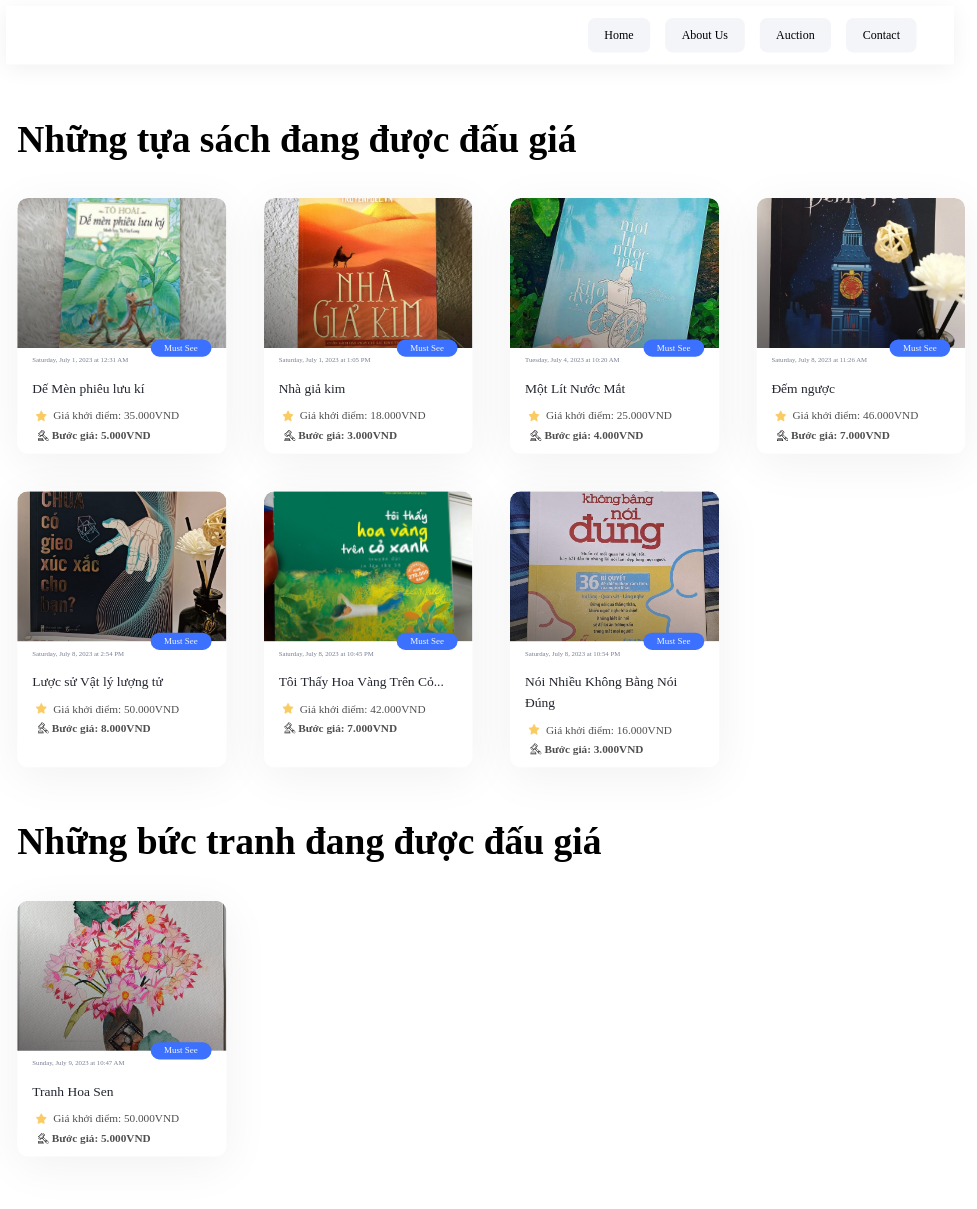
Repository: anatole24/Youth-Smile
Page: auction.html
These files come from the project's save history. The page is drawn as it stood at one moment and after the next save; the edit follows.
The browser window is 1280 px wide. The page is 1302 px wide, so the pictures cover 1302 px, including what lies to the right of the window. The pictures show the whole page, at 75% of full size.
Some web fonts or font styles are not loaded; a fallback is used.

Above is the page before, as saved 2023-07-09 11:33:15.

### auction.html
<!DOCTYPE html>
<head>
  <meta charset="UTF-8">
  <meta http-equiv="X-UA-Compatible" content="IE=edge">
  <meta name="viewport" content="width=device-width, initial-scale=1.0">
  <link rel="stylesheet" href="https://cdnjs.cloudflare.com/ajax/libs/font-awesome/6.4.0/css/all.min.css" integrity="sha512-iecdLmaskl7CVkqkXNQ/ZH/XLlvWZOJyj7Yy7tcenmpD1ypASozpmT/E0iPtmFIB46ZmdtAc9eNBvH0H/ZpiBw==" crossorigin="anonymous" referrerpolicy="no-referrer">
  <link rel="preconnect" href="https://fonts.googleapis.com">
  <link rel="preconnect" href="https://fonts.gstatic.com" crossorigin="">
  <link href="https://fonts.googleapis.com/css2?family=Dancing+Script&amp;family=Geologica&amp;family=Kaushan+Script&amp;family=Lobster&amp;family=Marck+Script&amp;family=Merienda&amp;family=Patrick+Hand&amp;family=Patrick+Hand+SC&amp;family=Playball&amp;family=Roboto&amp;family=Roboto+Condensed&amp;display=swap" rel="stylesheet">
  <link rel="stylesheet" href="header.css">
  <link rel="stylesheet" href="auction.css">
  <title>Auction</title>
  <body>
    <div class="header">
      <div class="header_container">
        <div class="header_list"><a class="header_item" href="./index.html">Home</a><a class="header_item" href="./about.html">About Us</a><a class="header_item" href="./auction.html">Auction</a><a class="header_item" href="./contact.html">Contact</a></div>
      </div>
    </div>
    <section class="auction">
      <div class="container">
        <h2 class="heading">Những tựa sách đang được đấu giá
          <div class="auction-list">
            <div class="auction-item">
              <div class="auction-image">
                <div class="auction-overlay"></div><img class="auction-img" src="./images/b-demen.jpg" alt="book"/><a class="auction-label" href="./must/see.html">Must See</a>
              </div>
              <div class="auction-content"><span class="auction-time">Saturday, July 1, 2023 at 12:31 AM</span>
                <h3 class="auction-title">Dế Mèn phiêu lưu kí</h3>
                <div class="auction-price"><img src="/images/star.png" alt="star"/><span>Giá khởi điểm: 35.000VND</span></div>
                <div class="auction-step"><img class="step-img" src="/images/bua1.svg" alt="star"/><span>Bước giá: 5.000VND</span></div>
              </div>
            </div>
            <div class="auction-item">
              <div class="auction-image">
                <div class="auction-overlay"></div><img class="auction-img" src="./images/b-ngk.jpg" alt="book"/><a class="auction-label" href="./must/ngk.html">Must See</a>
              </div>
              <div class="auction-content"><span class="auction-time">Saturday, July 1, 2023 at 1:05 PM</span>
                <h3 class="auction-title">Nhà giả kim</h3>
                <div class="auction-price"><img src="/images/star.png" alt="star"/><span>Giá khởi điểm: 18.000VND</span></div>
                <div class="auction-step"><img class="step-img" src="/images/bua1.svg" alt="star"/><span>Bước giá: 3.000VND</span></div>
              </div>
            </div>
            <div class="auction-item">
              <div class="auction-image">
                <div class="auction-overlay"></div><img class="auction-img" src="./images/b-mlnm.jpg" alt="book"/><a class="auction-label" href="./must/mlnm.html">Must See</a>
              </div>
              <div class="auction-content"><span class="auction-time">Tuesday, July 4, 2023 at 10:20 AM</span>
                <h3 class="auction-title">Một Lít Nước Mắt</h3>
                <div class="auction-price"><img src="/images/star.png" alt="star"/><span>Giá khởi điểm: 25.000VND</span></div>
                <div class="auction-step"><img class="step-img" src="/images/bua1.svg" alt="star"/><span>Bước giá: 4.000VND</span></div>
              </div>
            </div>
            <div class="auction-item">
              <div class="auction-image">
                <div class="auction-overlay"></div><img class="auction-img" src="./images/b-demnguoc.jpg" alt="book"/><a class="auction-label" href="./must/dn.html">Must See</a>
              </div>
              <div class="auction-content"><span class="auction-time">Saturday, July 8, 2023 at 11:26 AM</span>
                <h3 class="auction-title">Đếm ngược</h3>
                <div class="auction-price"><img src="/images/star.png" alt="star"/><span>Giá khởi điểm: 46.000VND</span></div>
                <div class="auction-step"><img class="step-img" src="/images/bua1.svg" alt="star"/><span>Bước giá: 7.000VND</span></div>
              </div>
            </div>
            <div class="auction-item">
              <div class="auction-image">
                <div class="auction-overlay"></div><img class="auction-img" src="./images/b-vatly.jpg" alt="book"/><a class="auction-label" href="./must/lsvl.html">Must See</a>
              </div>
              <div class="auction-content"><span class="auction-time">Saturday, July 8, 2023 at 2:54 PM</span>
                <h3 class="auction-title">Lược sử Vật lý lượng tử</h3>
                <div class="auction-price"><img src="/images/star.png" alt="star"/><span>Giá khởi điểm: 50.000VND</span></div>
                <div class="auction-step"><img class="step-img" src="/images/bua1.svg" alt="star"/><span>Bước giá: 8.000VND</span></div>
              </div>
            </div>
            <div class="auction-item">
              <div class="auction-image">
                <div class="auction-overlay"></div><img class="auction-img" src="./images/b-toithay.jpg" alt="book"/><a class="auction-label" href="./must/tthv.html">Must See</a>
              </div>
              <div class="auction-content"><span class="auction-time">Saturday, July 8, 2023 at 10:45 PM</span>
                <h3 class="auction-title">Tôi Thấy Hoa Vàng Trên Cỏ...</h3>
                <div class="auction-price"><img src="/images/star.png" alt="star"/><span>Giá khởi điểm: 42.000VND</span></div>
                <div class="auction-step"><img class="step-img" src="/images/bua1.svg" alt="star"/><span>Bước giá: 7.000VND</span></div>
              </div>
            </div>
            <div class="auction-item">
              <div class="auction-image">
                <div class="auction-overlay"></div><img class="auction-img" src="./images/b-noinhieu.jpg" alt="book"/><a class="auction-label" href="./must/nnkb.html">Must See</a>
              </div>
              <div class="auction-content"><span class="auction-time">Saturday, July 8, 2023 at 10:54 PM</span>
                <h3 class="auction-title">Nói Nhiều Không Bằng Nói Đúng</h3>
                <div class="auction-price"><img src="/images/star.png" alt="star"/><span>Giá khởi điểm: 16.000VND</span></div>
                <div class="auction-step"><img class="step-img" src="/images/bua1.svg" alt="star"/><span>Bước giá: 3.000VND</span></div>
              </div>
            </div>
          </div>
        </h2>
      </div>
    </section>
    <section class="auction">
      <div class="container">
        <h2 class="heading">Những bức tranh đang được đấu giá
          <div class="auction-list">
            <div class="auction-item">
              <div class="auction-image">
                <div class="auction-overlay"></div><img class="auction-img" src="./images/p-hoasen.jpg" alt="book"/><a class="auction-label" href="#">Must See</a>
              </div>
              <div class="auction-content"><span class="auction-time">Sunday, July 9, 2023 at 10:47 AM</span>
                <h3 class="auction-title">Tranh Hoa Sen</h3>
                <div class="auction-price"><img src="/images/star.png" alt="star"/><span>Giá khởi điểm: 50.000VND</span></div>
                <div class="auction-step"><img class="step-img" src="/images/bua1.svg" alt="star"/><span>Bước giá: 5.000VND</span></div>
              </div>
            </div>
          </div>
        </h2>
      </div>
    </section>
  </body>
</head>

### header.css
:root {
  --primary-color: #c08d18bb;
}
body {
  overflow-x: hidden;
}
a {
  text-decoration: none;
  color: inherit;
}
button {
  cursor: pointer;
  outline: none;
  font: inherit;
  background-color: transparent;
  border: none;
}

.header {
  background-color: white;
  padding: 16px 0;
  box-shadow: 0px 6px 30px 0px rgba(15, 15, 15, 0.06);
  margin-bottom: 70px;
}
.header_container {
  margin: 0 auto;
}
.header_list {
  margin-right: 50px;
  display: flex;
  align-items: center;
  justify-content: flex-end;
  gap: 20px;
  flex-direction: row;
  flex-wrap: nowrap;
}
.header_item {
  padding: 14px 22px;
  border-radius: 10px;
  background-color: #f4f5f9;
  display: block;
  transition: background-color 0.2s linear, color 0.25s ease-in;
}
.header_item:hover {
  background-color: #c08d18bb;
  color: white;
}

### auction.css
/* Auction-*/
.auction-list {
  --columns: 1;
}
.heading {
  font-size: 50px;
  margin-bottom: 30px;
}
.container {
  width: 100%;
  max-width: 1300px;
  margin: 50px auto;
  padding: 0 15px;
}

.auction-list {
  --columns: 4;
  display: grid;
  grid-template-columns: repeat(var(--columns), 1fr);
  grid-auto-columns: 1fr;
  gap: 50px;
  margin-top: 50px;
  margin-bottom: 70px;
}
.auction-item {
  overflow: hidden;
  background-color: #ffffff;
  border-radius: 14px;
  box-shadow: 0px 12px 64px rgba(0, 0, 0, 0.06);
}
.auction-image {
  height: 200px;
  position: relative;
}
.auction-img {
  width: 100%;
  height: 100%;
  border-radius: 14px 14px 0px 0px;
  object-fit: cover;
}
.auction-label {
  position: absolute;
  right: 20px;
  bottom: 0px;
  font-weight: 500;
  font-size: 12px;
  line-height: 15px;
  display: inline-flex;
  justify-content: center;
  align-items: center;
  color: #f4f5f6;
  background-color: #3b71fe;
  border-radius: 30px;
  padding: 4px 18px;
  transform: translateY(50%);
}
.auction-content {
  padding: 11px 20px;
}
.auction-time {
  font-weight: 400;
  font-size: 9px;
  line-height: 11px;
  color: #777e91;
  margin-bottom: 8px;
  display: block;
}
.auction-title {
  font-weight: 500;
  font-size: 18px;
  line-height: 28px;
  color: #23262f;
  margin-bottom: 9px;
}
.auction-price {
  display: flex;
  align-items: center;
  font-weight: 500;
  font-size: 15px;
  line-height: 175%;
  color: #4f4f4f;
  gap: 4px;
}
.auction-step {
  display: flex;
  align-items: center;
  font-size: 15px;
  line-height: 175%;
  color: #4f4f4f;
  gap: 4px;
}
.step-img {
  max-width: 15px;
  max-height: 15px;
  margin-left: 7px;
}
.auction-overlay {
  background: linear-gradient(
    24.19deg,
    rgba(4, 4, 4, 0.52) 0.23%,
    rgba(4, 4, 4, 0) 55.52%
  );

  position: absolute;
  top: 0;
  left: 0;
  width: 100%;
  height: 100%;
  border-radius: 14px 14px 0px 0px;
}

@media screen and (max-width: 1023.98px) {
  .auction-item {
    width: calc(50% - 30px);
    margin-bottom: 30px;
  }
  .auction-list {
    --columns: 2;
  }
}
@media screen and (max-width: 767.98px) {
  .auction-item {
    width: 100%;
  }
  .auction-list {
    grid-template-columns: repeat(2, 1fr);
    grid-auto-flow: row;
    gap: 16px;
  }
}

After the next save:
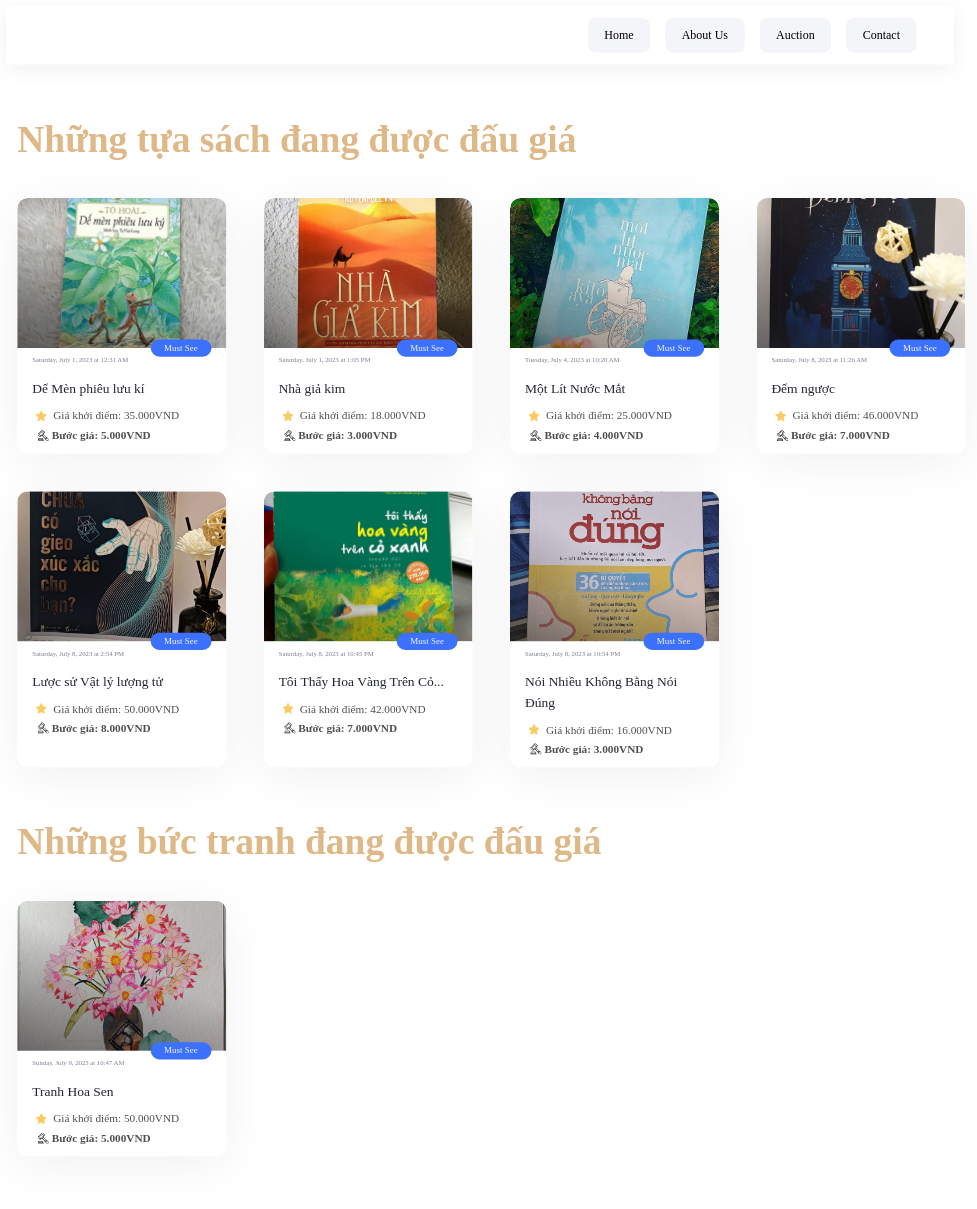
Saved 7 min 30 s later.
--- a/auction.css
+++ b/auction.css
@@ -5,6 +5,7 @@
 .heading {
   font-size: 50px;
   margin-bottom: 30px;
+  color: burlywood;
 }
 .container {
   width: 100%;
